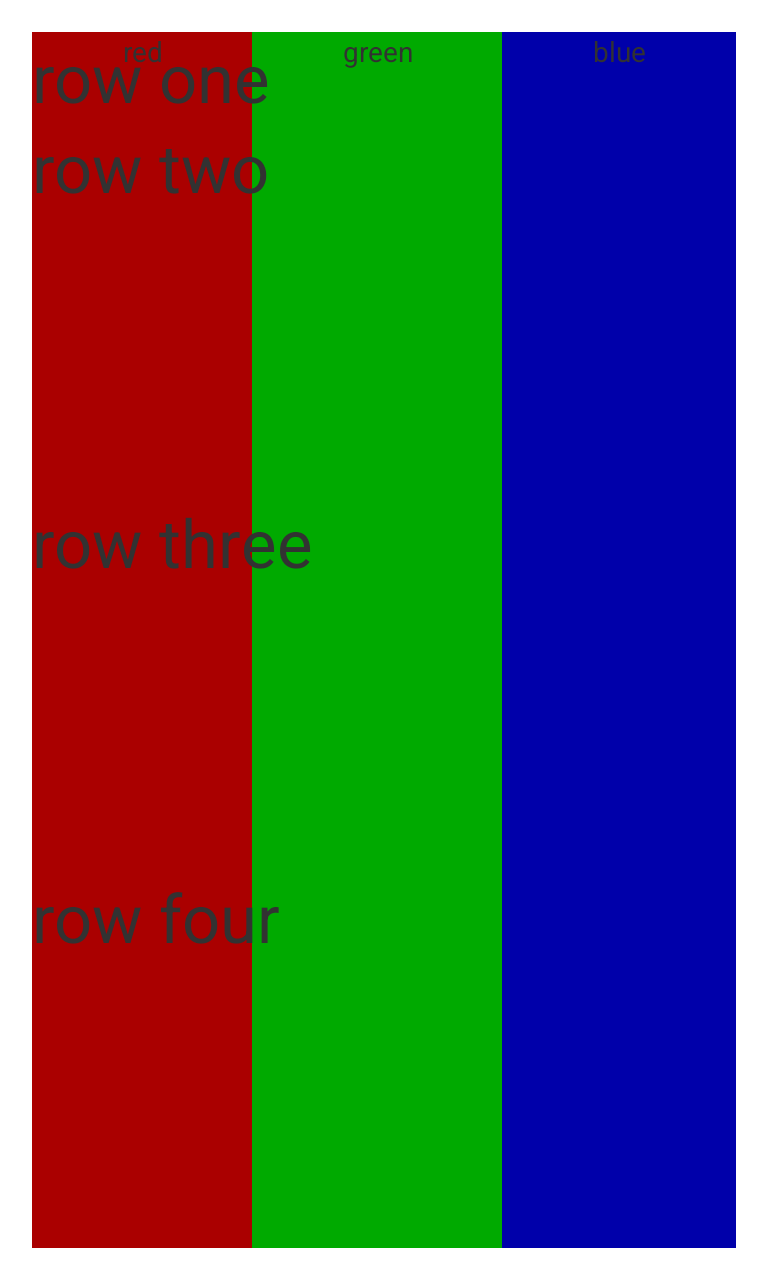
Repository: PatKelsh/IS-413
Layout: LinearLayout/res/layout/activity_main.xml
The author's editor kept a copy of each file at every save. The layout is drawn from the files as they stood at one save, then again after the next save.
It is drawn on a 768 x 1280 px phone screen (xhdpi) without system bars, with theme AppTheme; the app's code is not run.

Above is the layout before, as saved 2015-02-04 03:46:22.

### LinearLayout/res/layout/activity_main.xml
<RelativeLayout xmlns:android="http://schemas.android.com/apk/res/android"
    xmlns:tools="http://schemas.android.com/tools"
    android:layout_width="match_parent"
    android:layout_height="match_parent"
    android:paddingBottom="@dimen/activity_vertical_margin"
    android:paddingLeft="@dimen/activity_horizontal_margin"
    android:paddingRight="@dimen/activity_horizontal_margin"
    android:paddingTop="@dimen/activity_vertical_margin"
    tools:context="com.example.linearlayout.MainActivity" >

    <LinearLayout
        android:orientation="horizontal"
        android:layout_width="fill_parent"
        android:layout_height="fill_parent"
        android:layout_weight="1">

        <TextView
            android:text="red"
            android:gravity="center_horizontal"
            android:background="#aa0000"
            android:layout_width="wrap_content"
            android:layout_height="fill_parent"
            android:layout_weight="1"/>

        <TextView
            android:text="green"
            android:gravity="center_horizontal"
            android:background="#00aa00"
            android:layout_width="wrap_content"
            android:layout_height="fill_parent"
            android:layout_weight="1"/>

        <TextView
            android:text="blue"
            android:gravity="center_horizontal"
            android:background="#0000aa"
            android:layout_width="wrap_content"
            android:layout_height="fill_parent"
            android:layout_weight="1"/>
    </LinearLayout>
    <LinearLayout
        android:orientation="vertical"
        android:layout_width="fill_parent"
        android:layout_height="fill_parent"
        android:layout_weight="1">

        <TextView
            android:text="row one"
            android:textSize="15pt"
            android:layout_width="fill_parent"
            android:layout_height="wrap_content"
            android:layout_weight=""/>
        <TextView
            android:text="row two"
            android:textSize="15pt"
            android:layout_width="fill_parent"
            android:layout_height="wrap_content"
            android:layout_weight="1"/>
        <TextView
            android:text="row three"
            android:textSize="15pt"
            android:layout_width="fill_parent"
            android:layout_height="wrap_content"
            android:layout_weight="1"/>
        <TextView
            android:text="row four"
            android:textSize="15pt"
            android:layout_width="fill_parent"
            android:layout_height="wrap_content"
            android:layout_weight="1"/>

    </LinearLayout>


</RelativeLayout>

Loaded but not shown: LinearLayout/res/values/styles.xml (common file); LinearLayout/res/values-v11/styles.xml (common file); LinearLayout/res/values-v14/styles.xml (common file); LinearLayout/res/values/dimens.xml (common file); LinearLayout/res/values-w820dp/dimens.xml (common file)

After the next save:
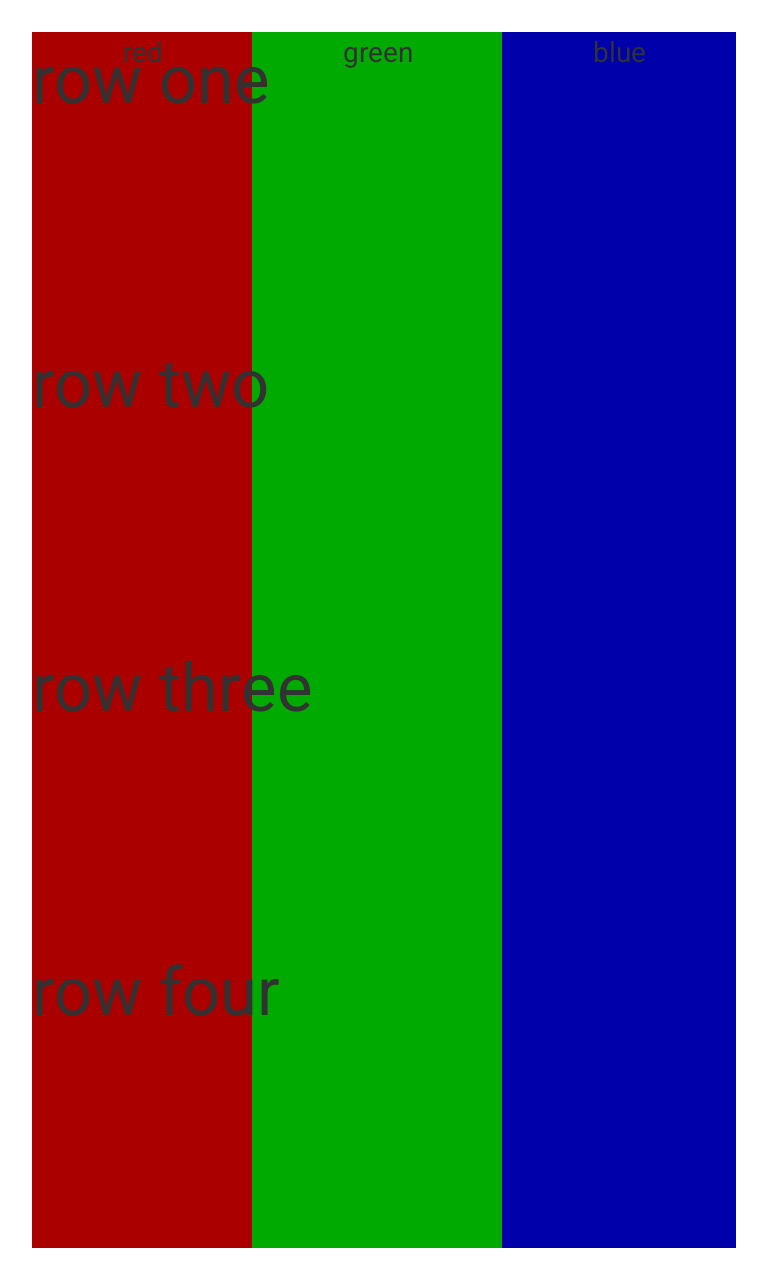
Saved 9 s later.
--- a/LinearLayout/res/layout/activity_main.xml
+++ b/LinearLayout/res/layout/activity_main.xml
@@ -49,7 +49,7 @@
             android:textSize="15pt"
             android:layout_width="fill_parent"
             android:layout_height="wrap_content"
-            android:layout_weight=""/>
+            android:layout_weight="1"/>
         <TextView
             android:text="row two"
             android:textSize="15pt"
